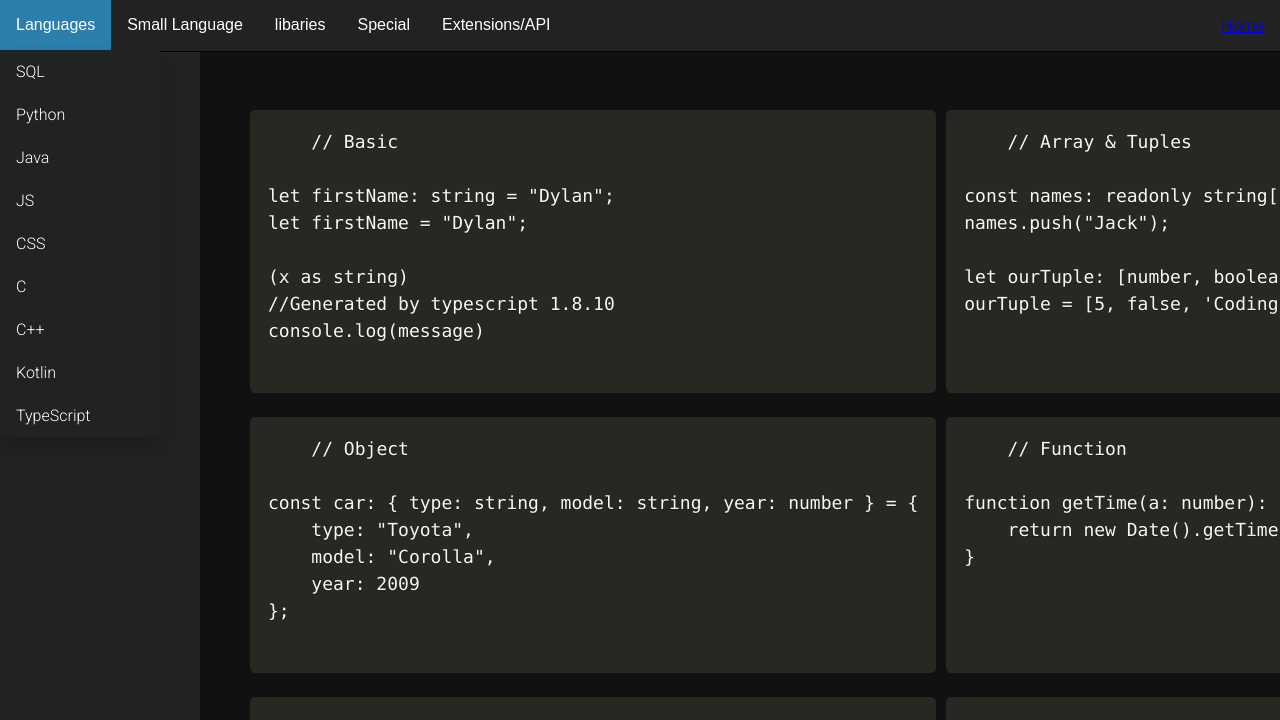
Repository: Max-Rohrhirsch/Max-Rohrhirsch.github.io
Page: documentation/languages/typescript.html
The author's editor kept a copy of each file at every save. The page is drawn from the files as they stood at one save, then again after the next save.
The browser window is 1280 px wide. The pictures show the whole page.

Above is the page before, as saved 2023-10-23 19:21:28.

After the next save:
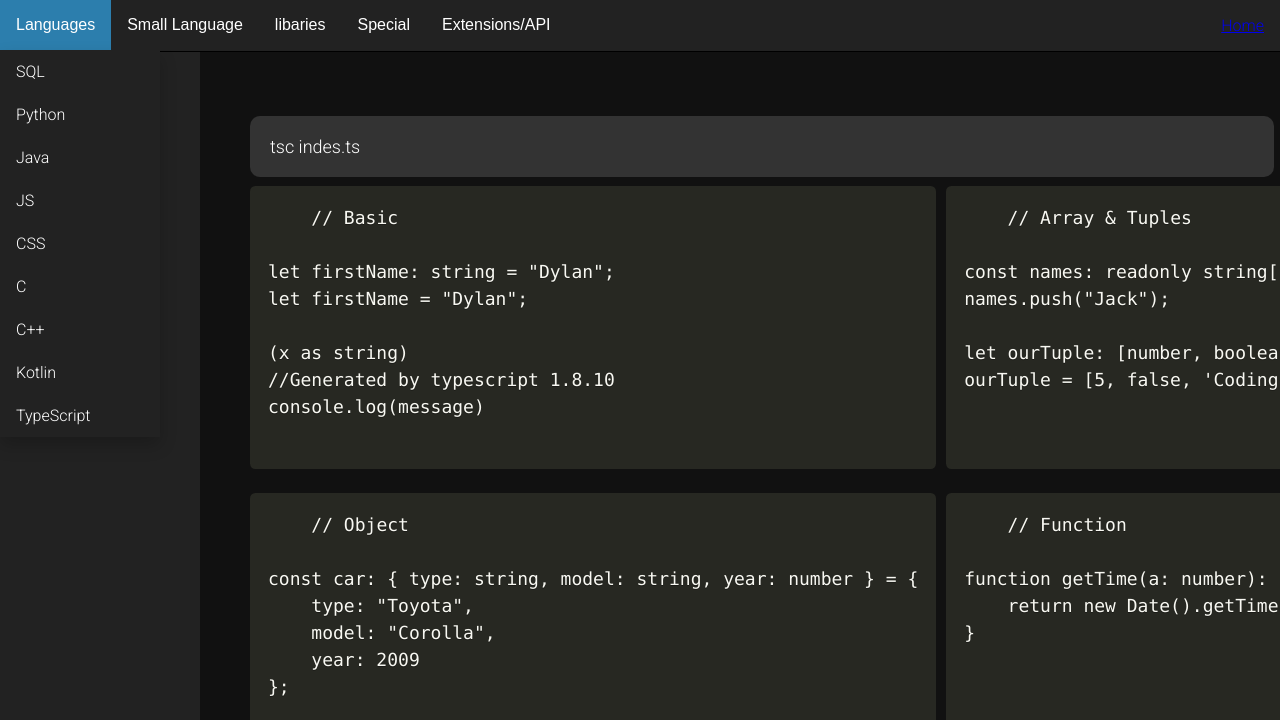
Saved 2 min 43 s later.
--- a/documentation/languages/typescript.html
+++ b/documentation/languages/typescript.html
@@ -9,6 +9,7 @@
 
 <!-- ------ MAIN CONTENT ----- -->
 <div class="main">
+    <out>tsc indes.ts</out>
 <div class="wrapper">
 <pre>
     <code class="language-typescript">// Basic
